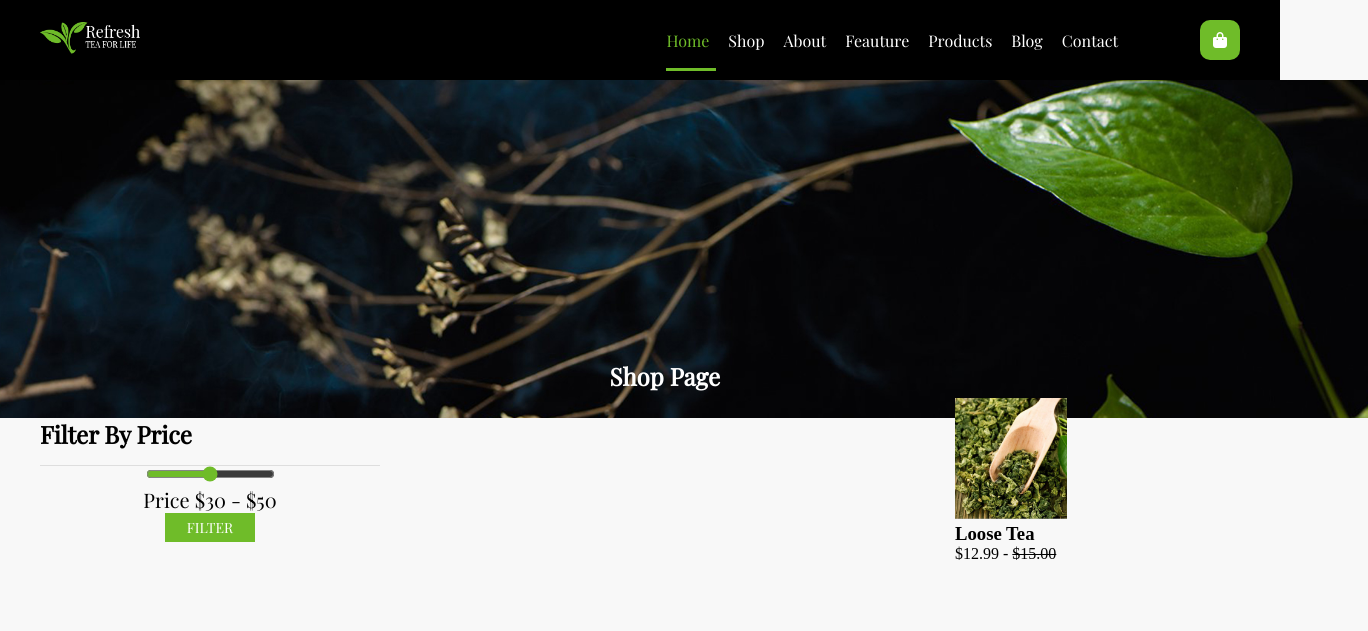
Repository: 52hzwhaleblue/school_teashop
Page: shop.html
The author's editor kept a copy of each file at every save. The page is drawn from the files as they stood at one save, then again after the next save.
The browser window is 1280 px wide. The page is 1368 px wide, so the pictures cover 1368 px, including what lies to the right of the window. The pictures show the whole page.
Some web libraries are served in a nearby version.

Above is the page before, as saved 2022-04-27 21:16:31.

### shop.html
<!DOCTYPE html>
<html lang="en">

<head>
    <meta charset="UTF-8">
    <meta http-equiv="X-UA-Compatible" content="IE=edge">
    <meta name="viewport" content="width=device-width, initial-scale=1.0">

    <!-- Style CSS -->
    <link rel="stylesheet" href="./style.css" stylesheet="text/style.css" />

    <!-- googel fonts -->
    <link rel="preconnect" href="https://fonts.googleapis.com" />
    <link rel="preconnect" href="https://fonts.gstatic.com" crossorigin />
    <link href="https://fonts.googleapis.com/css2?family=Playfair+Display&display=swap" rel="stylesheet" />

    <!-- cdn -->
    <link rel="stylesheet" href="https://cdnjs.cloudflare.com/ajax/libs/font-awesome/6.1.1/css/all.min.css" integrity="sha512-KfkfwYDsLkIlwQp6LFnl8zNdLGxu9YAA1QvwINks4PhcElQSvqcyVLLD9aMhXd13uQjoXtEKNosOWaZqXgel0g==" crossorigin="anonymous" referrerpolicy="no-referrer"
    />

    <!-- App.js -->
    <script src="./app.js">
    </script>

    <title>Shop</title>
</head>

<body>
    <!-- header -->
    <div class="header-wrapper">
        <div class="center">
            <div class="row">
                <div class="logo">
                    <img src="./images/logo.png" alt="" />
                </div>

                <div class="menu">
                    <ul>
                        <li class="active"><a href="#">Home</a></li>
                        <li><a href="#">Shop</a></li>
                        <li><a href="#">About</a></li>
                        <li><a href="#">Feauture</a></li>
                        <li><a href="#">Products</a></li>
                        <li><a href="#">Blog</a></li>
                        <li><a href="#">Contact</a></li>
                    </ul>
                </div>

                <div class="cart">
                    <i class="fa-solid fa-bag-shopping"></i>
                </div>
            </div>
        </div>
    </div>

    <!-- silder -->
    <div class="slider-wrapper">
        <div class="slider-img">
            <img src="./images/shop-slide.jpg" alt="" />

            <div class="center">
                <div class="shop-slide-content">
                    <h2 class="heading">Shop Page</h2>
                </div>
            </div>
        </div>
    </div>


    <div class="shop-page-wrapper">
        <div class="center">
            <div class="box-shop-page">
                <!-- filter by price -->
                <div class="price-filter-wrapper">
                    <div class="box-price-filter">
                        <h4>filter by price</h4>
                        <div class="price-range-bar">
                            <form class="multi-range-field my-5 pb-5">
                                <input id="multi3" class="multi-range" type="range" />
                            </form>

                            <div class="price-range">
                                <span>Price</span>
                                <span> $30 </span> -
                                <span> $50 </span>
                            </div>

                            <div class="filter-btn">
                                <p>filter</p>
                            </div>
                        </div>
                    </div>
                </div>

                <!-- shop-product -->
                <div class="shop-product-wrapper">
                   <div class="row">
                       <div class="col-1">
                           <img src="images/product-1.jpg">
                           <h3>Loose Tea</h3>
                           <p>$12.99 - <del>$15.00</del></p>
                       </div>
                   </div>
                </div>
            </div>

        </div>
    </div>

</body>

</html>

### style.css
* {
    padding: 0;
    margin: 0;
}

body {
    background-color: #f8f8f8;
}


/* header */

.header-wrapper {
    margin: 0 auto;
    background-color: #000000;
    position: sticky;
    top: 0;
    z-index: 1;
}

.center {
    width: 1200px;
    margin: 0 auto;
}

.header-wrapper .row {
    display: flex;
    justify-content: space-between;
    align-items: center;
    padding: 20px 0;
}


/* logo */

.logo {
    width: 50.0450045005%;
}

.logo img {
    width: 100px;
}


/* menu */

.menu {
    width: 42.304230423%;
}

.menu ul li.active a {
    color: #6fbc29;
}

.menu ul li {
    display: inline-block;
    padding-right: 15px;
    position: relative;
}

.menu ul li:after {
    content: " ";
    width: 50px;
    border-bottom: 3px #6fbc29 solid;
    /* background-color: #6fbc29; */
    left: 0;
    bottom: -20px;
    position: absolute;
}

.menu ul li:not(.active):after {
    content: " ";
    width: 50px;
    border-bottom: 3px #6fbc29 solid;
    left: 0;
    bottom: -30px;
    position: absolute;
    opacity: 0;
    transition: 0.5s;
}

.menu ul li:hover:after {
    bottom: -20px;
    opacity: 1;
}

.menu ul li:hover a {
    color: #6fbc29;
}

.menu ul li a {
    text-decoration: none;
    color: #fff;
    font-family: "Playfair Display", serif;
}


/* cart */

.cart {
    width: 40px;
    height: 40px;
    border-radius: 25%;
    background-color: #6fbc29;
    display: flex;
    justify-content: center;
    align-items: center;
}

.cart i {
    color: #fff;
}


/* silder */

.slider-wrapper {
    width: 1368px;
    margin: 0 auto;
    overflow: hidden;
}

.slider-img {
    display: flex;

}

.slider-img img {
    max-width: 1368px;
}
.slider-img input{
    display: none;
}
.navigation-manual{
    position: absolute;
    width: 1500px;
    margin-top: -40px;
    display: flex;
    justify-content: center;
}
.manual-btn {
    border: 1px solid #fff;
    padding: 4px;
    border-radius: 5px;
    cursor: pointer;
    transition: 1s;
}
.manual-btn:not(:last-child){
    margin-right: 8px;
}
.manual-btn:hover{
    background: #6FBC29;
}
#radio1:checked ~ .img{
    margin-left: 0;
}
#radio2:checked ~ .img{
    margin-left: -20;
}
#radio3:checked ~ .img{
    margin-left: -40;
}


.slider-wrapper .home-slide-content {
    width: 446px;
    position: absolute;
    top: 20%;
    left: calc((100% - 1200px) / 2);
}

.slider-wrapper .shop-slide-content {
    width: 446px;
    position: absolute;
    top: 50%;
    left: calc(100% /2.1);
}

.home-slide-content .heading {
    text-transform: uppercase;
    font-family: "Playfair Display";
    font-size: 16px;
    color: #fff;
}

.shop-slide-content .heading {
    text-transform: capitalize;
    font-family: "Playfair Display";
    /* font-size: 50px; */
    color: #fff;
}

.home-slide-content .subHeading {
    text-transform: capitalize;
    font-family: "Playfair Display";
    font-size: 50px;
    padding: 26px 0 50px 0;
    color: #fff;
}

.home-slide-content .subHeading span {
    color: #6fbc29;
    text-transform: capitalize;
    font-size: 50px;
}

.home-slide-content .slider-btn {
    width: 130px;
    /* height: 35px; */
    background-color: #6fbc29;
    display: flex;
    justify-content: center;
    align-items: center;
}

.slider-btn a {
    font-family: "Playfair Display";
    font-size: 14px;
    text-transform: uppercase;
    color: #fff;
    text-decoration: none;
    padding: 10px 0;
}


/* new product */

.product-wrapper {
    width: 1368px;
    margin: 0 auto;
    padding: 57px 0;
}

.title-main {
    padding-bottom: 52px;
}

.title-main h1 {
    font-family: "Playfair Display";
    font-size: 35px;
    text-transform: capitalize;
    color: #212529;
    text-align: center;
}

.title-main .icon {
    text-align: center;
    padding: 23px 0 18px 0;
}

.heading-icon .icon img {
    width: 100px;
}

.title-main .subTitle {
    width: 540px;
    margin: 0 auto;
}

.title-main .subTitle p {
    font-family: "Playfair Display";
    font-size: 14px;
    color: #212529;
    text-align: center;
}


/* product items */

.product-items {
    display: flex;
    flex-wrap: wrap;
    justify-content: space-between;
}

.product-items .item {
    /* width: calc(100% / 4); */
}

.product-items .item .img {
    position: relative;
}

.modal {
    position: absolute;
    width: 100%;
    height: 100%;
    bottom: 0;
    opacity: 0;
    background-color: #6fbc29;
    transition: 0.7s;
}

.modal-content h4 {
    font-family: "Playfair Display", serif;
    color: #fff;
    text-align: center;
    text-transform: capitalize;
}

.modal-content {
    padding: 48px;
}

.modal-content p {
    font-size: 14px;
    font-family: "Playfair Display", serif;
    color: #fff;
    text-align: center;
    padding: 20px 0;
}

.readmore-btn {
    width: 130px;
    background-color: #fff;
    border: 1px #fff solid;
    padding: 5px 0;
    margin: 0 auto;
    text-align: center;
}

.readmore-btn a {
    text-decoration: none;
    color: #6fbc29;
    font-size: 14px;
    font-family: "Playfair Display", serif;
    text-transform: uppercase;
}

.readmore-btn:hover {
    background-color: transparent;
}

.readmore-btn:hover a {
    text-decoration: none;
    color: #fff;
    font-size: 14px;
    font-family: "Playfair Display", serif;
    text-transform: uppercase;
}

.product-items .img:hover .modal {
    top: 0;
    opacity: 0.8;
}

.product-btn {
    display: flex;
    justify-content: center;
}

.btn-left,
.btn-right {
    border-radius: 50%;
    width: 30px;
    height: 30px;
    background-color: #6fbc29;
    margin: 0 10px;
    display: flex;
    align-items: center;
    justify-content: center;
    color: #fff;
    margin-top: 35px;
}

.btn-left:hover,
.btn-right:hover {
    border-radius: 50%;
    width: 30px;
    height: 30px;
    background-color: #fff;
    margin: 0 10px;
    display: flex;
    align-items: center;
    justify-content: center;
    color: #6fbc29;
    margin-top: 35px;
}


/* information */

.information {
    width: 1368px;
    margin: 0 auto;
    background-color: #f8f8f8;
    display: flex;
    justify-content: space-between;
}

.info-img img {
    max-width: 730px;
}

.info-content {
    width: 37.6461988304%;
    padding: 85px 0 125px 30px;
}

.info-content h2 {
    font-size: 35px;
    font-family: "Playfair Display", serif;
}

.info-content p {
    font-size: 14px;
    font-family: "Playfair Display", serif;
    margin: 10px 0;
}

.information .readmore-info-btn {
    width: 130px;
    background-color: #6fbc29;
    padding: 5px 0;
    text-align: center;
}

.information .readmore-info-btn a {
    text-decoration: none;
    color: #fff;
    font-size: 14px;
    font-family: "Playfair Display", serif;
    text-transform: uppercase;
}

.information .readmore-info-btn:hover {
    background-color: #fff;
}

.information .readmore-info-btn:hover a {
    text-decoration: none;
    color: #6fbc29;
    font-size: 14px;
    font-family: "Playfair Display", serif;
    text-transform: uppercase;
}

.criteria-wrapper {
    width: 100%;
    height: 368px;
}

.criteria-items {
    max-width: 1368px;
    display: flex;
    justify-content: center;
}

.criteria-items .item {
    padding: 0 10px;
    box-sizing: border-box;
}


/* featured product */

.featured-product-wrapper {}

.featured-product-items {
    display: flex;
    justify-content: space-between;
    flex-wrap: wrap;
    margin-bottom: 50px;
}

.featured-product-items .item {
    width: calc(100% / 3);
}

.featured-product-items .item .img {
    position: relative;
}

.featured-product-items .img .modal {
    border-radius: 50%;
}

.featured-product-items .img:hover .modal {
    top: 0;
    opacity: 0.8;
    width: 92.5%;
}

.featured-product-items .item .title {
    text-align: center;
    font-family: "Playfair Display";
    font-weight: 600;
    font-size: 20px;
}

.featured-product-items .item .description {
    text-align: center;
    font-family: "Playfair Display";
    font-size: 14px;
}

.featured-product-items .item img {
    border-radius: 50%;
}


/* Information Wrapper */

.info-wrapper {
    position: relative;
}

.info-wrapper img {
    height: 435px;
    width: 100%;
}

.info-heading {
    top: 0;
    width: 490px;
    margin: 55px 0;
    position: absolute;
}

.info-heading .title {
    font-family: "Playfair Display";
    font-size: 35px;
    font-weight: 600;
}

.info-heading .subTitle {
    font-family: "Playfair Display";
    font-size: 14px;
    margin: 25px 0 50px 0;
}

.readmore-info-btn {
    width: 130px;
    background-color: #6fbc29;
    border: 1px #fff solid;
    padding: 5px 0;
    /* margin: 0 auto; */
    text-align: center;
}

.readmore-info-btn a {
    text-decoration: none;
    color: #fff;
    font-size: 14px;
    font-family: "Playfair Display", serif;
    text-transform: uppercase;
}

.readmore-info-btn:hover {
    background-color: #fff;
}

.readmore-info-btn:hover a {
    text-decoration: none;
    color: #6fbc29;
    font-size: 14px;
    font-family: "Playfair Display", serif;
    text-transform: uppercase;
}


/* video */

.video-wrapper {
    position: relative;
    display: flex;
    justify-content: center;
}

.bg-overlay {
    position: relative;
    z-index: 1;
}

.bg-overlay:after {
    background: #000 none repeat scroll 0 0;
    content: "";
    height: 100%;
    left: 0;
    opacity: 0.8;
    position: absolute;
    top: 0;
    width: 100%;
}

.video-wrapper .center {
    width: 1200px;
    margin: 0 auto;
    display: flex;
    justify-content: center;
}

.video-wrapper img {
    width: 100%;
}

.video-wrapper .title-main {
    top: 0;
    position: absolute;
    z-index: 2;
    margin-top: 55px;
}

.video-wrapper .title-main .title {
    color: #fff;
}

.video-wrapper .title-main .icon img {
    width: 200px;
}

.video-wrapper .title-main .subTitle p {
    color: #fff;
}

.box-video {
    /* width: 890px;
    height: 442px; */
    bottom: 25%;
    z-index: 1;
    position: absolute;
}


/* Shop Page */

.box-shop-page {
    display: flex;
    justify-content: space-between;
}

.price-filter-wrapper {
    width: 28.3333333333%;
}

.box-price-filter h4 {
    font-family: "Playfair Display", serif;
    font-size: 24px;
    text-transform: capitalize;
    border-bottom: 1px #dedede solid;
    padding-bottom: 15px;
}

.shop-product-wrapper {
    width: 56.8333333333%;
}


/* Price Range Input */

#multi3 {
    accent-color: #6FBC29;
}

.price-range-bar {
    text-align: center;
}

.price-range {
    font-family: "Playfair Display", serif;
    font-size: 20px;
}

.filter-btn {
    width: 90px;
    height: 35px;
    margin: 0 auto;
}

.filter-btn:hover {
    width: 90px;
    height: 35px;
    margin: 0 auto;
}

.filter-btn p {
    font-family: "Playfair Display", serif;
    font-size: 14px;
    color: #fff;
    text-transform: uppercase;
    background-color: #6fbc29;
    padding: 5px 20px;
}

.filter-btn p:hover {
    font-family: "Playfair Display", serif;
    font-size: 14px;
    color: #6fbc29;
    text-transform: uppercase;
    background-color: #fff;
    padding: 5px 20px;
    border: 1px #6fbc29 solid;
}
/* ----Product---- */
.shop-product-wrapper{
    max-width: 300px;
    margin: -30px;
    padding-left: 25px;
    padding-right: 25px;
}
.col-1{
    flex-basis: 25%;
    padding: 10px;
    min-width: 200px;
    margin-bottom: 50px;
    transform: transforn 0.5s;
}
.col-1 img{
    width: 40%;

}

### app.js
/* $('#multi3').mdbRange({
    width: '100%',
    single: {
        active: true,
        multi: {
            active: true,
            rangeLength: 2
        },
    }
}); */

After the next save:
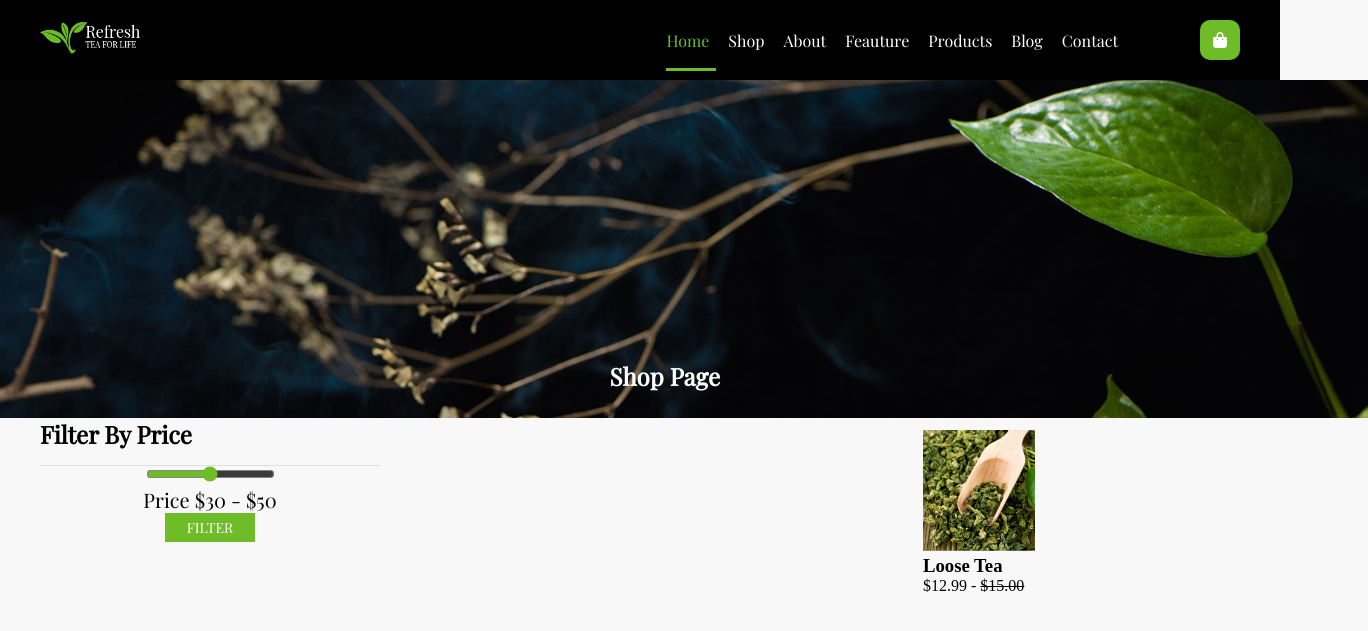
Saved 5 s later.
--- a/style.css
+++ b/style.css
@@ -694,7 +694,7 @@ body {
 /* ----Product---- */
 .shop-product-wrapper{
     max-width: 300px;
-    margin: -30px;
+    margin: 2px;
     padding-left: 25px;
     padding-right: 25px;
 }
